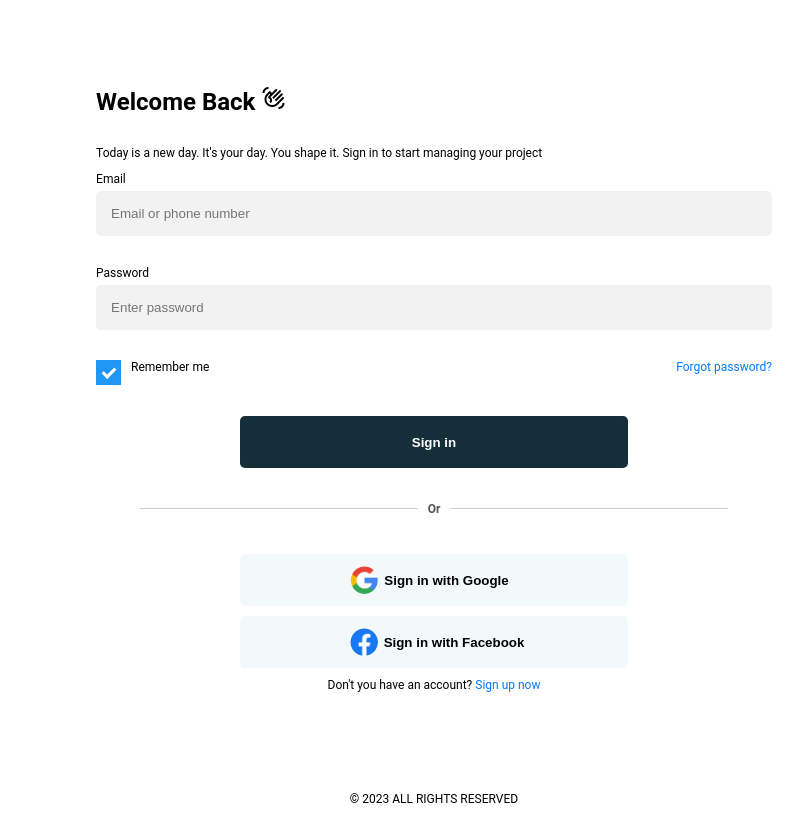
Repository: dinhtanloc/hw_web_development
Page: hw2-login-page/login.html
An editor plug-in stored every save of this project. The page is shown before and after the next save, followed by the edit.
The browser window is 768 px wide. The page is 795 px wide, so the pictures cover 795 px, including what lies to the right of the window. The pictures show the whole page.

Above is the page before, as saved 2024-03-13 22:17:54.

After the next save:
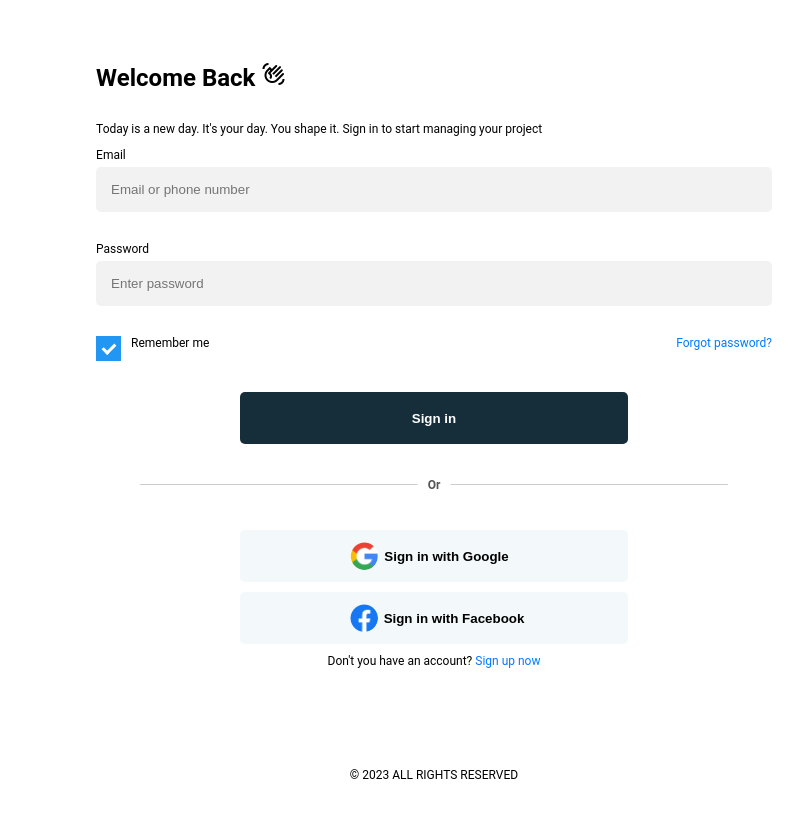
Saved 13 s later.
--- a/hw2-login-page/style.css
+++ b/hw2-login-page/style.css
@@ -256,6 +256,7 @@
     }
     .left-part{
         width: 94vw;
-        font-size: 1.5vh
-    }
-  }
+        font-size: 1.5vh;
+        height:50vh;
+    }
+  }
